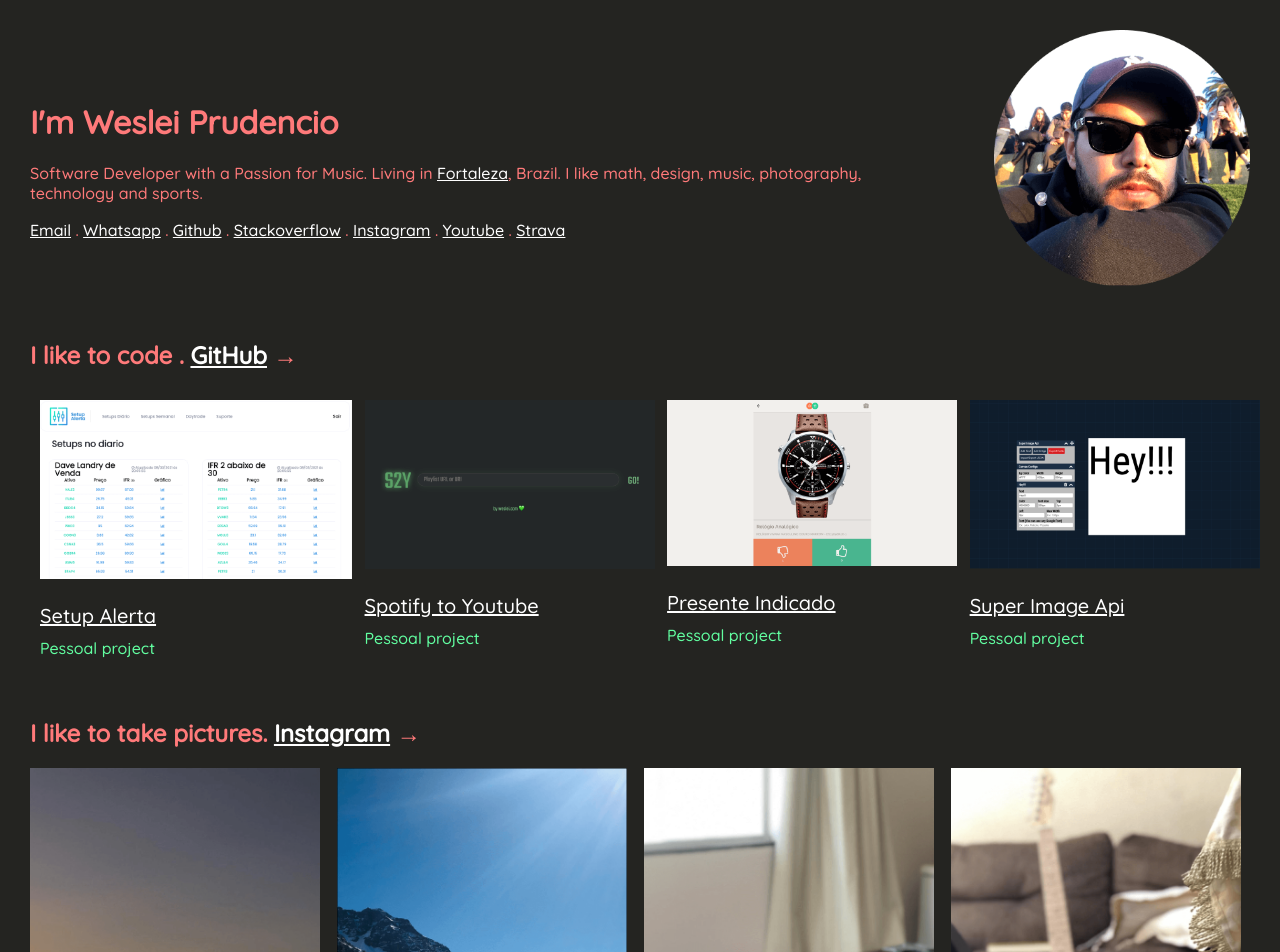
Repository: wprudencio/mywebsite
Page: index_src.html
An editor plug-in stored every save of this project. The page is shown before and after the next save, followed by the edit.
The browser window is 1280 px wide. The pictures show the part of the page from y = 0 to 952 px (the page is 2023 px tall before and 2044 px after).

Above is the page before, as saved 2021-04-15 21:08:31.

After the next save:
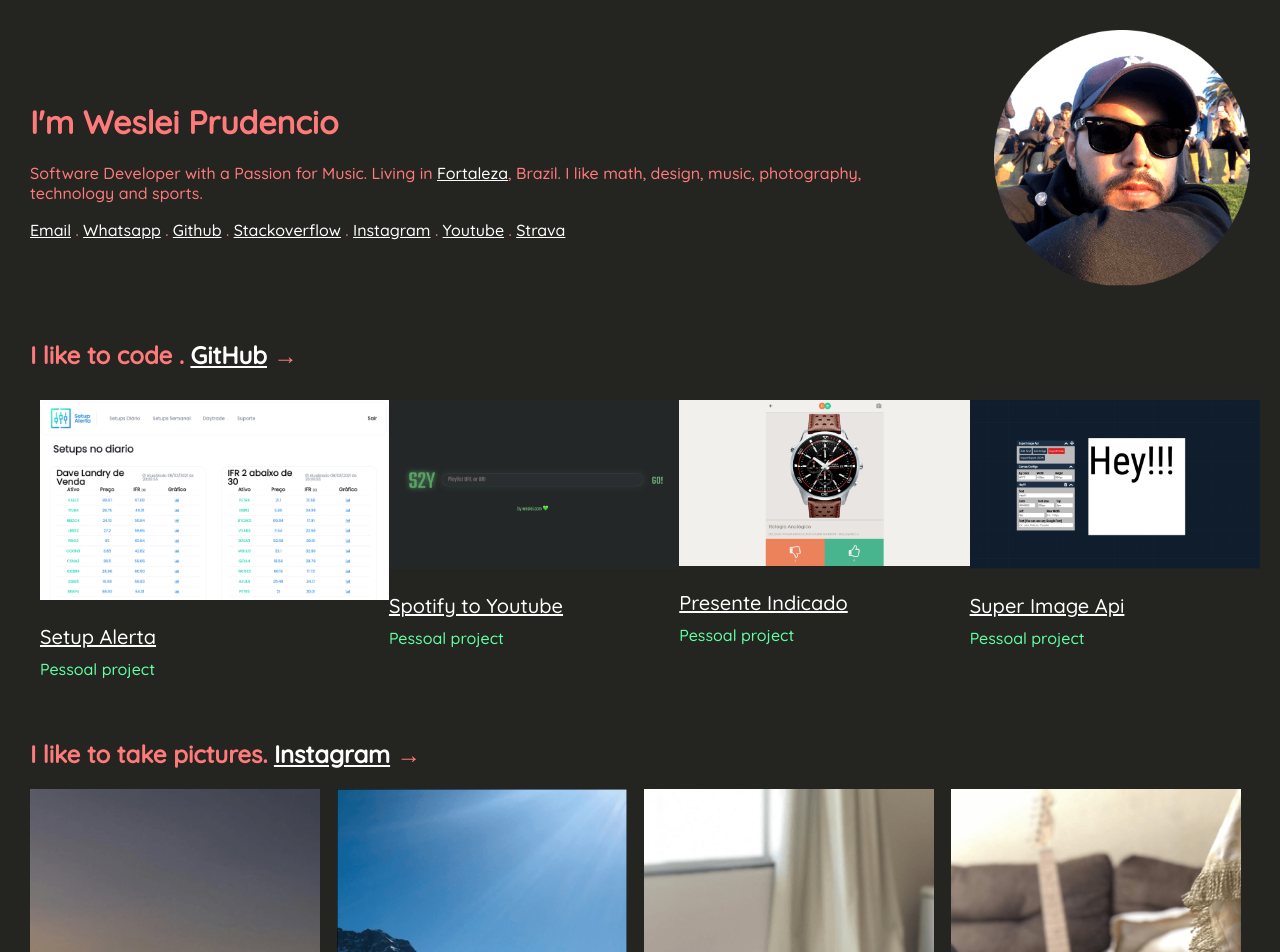
Saved 95 s later.
--- a/style.css
+++ b/style.css
@@ -30,7 +30,7 @@ a {
 .code-content:not(:first-child) {
   /* border: 1px solid; */
   max-width: 23.8%;
-  padding-left: 1%;
+  /* padding-left: 1%; */
 }
 
 .code-content > * {
